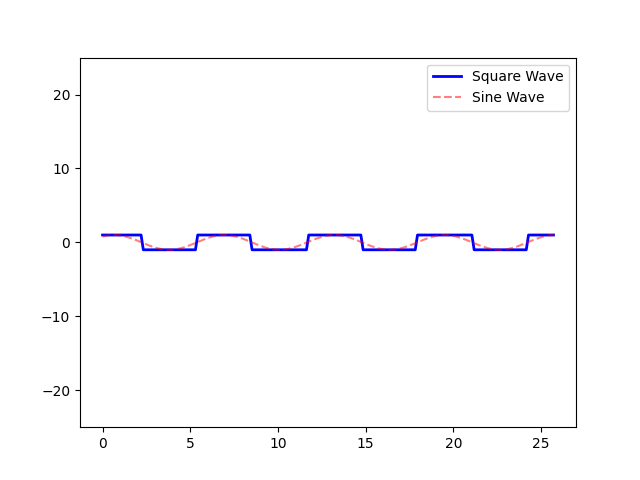
Repository: khulqu15/drone_smc_copppelia
Script's output: python py/realtime.py
An editor plug-in stored every save of this project. The script's output is shown before and after the next save, followed by the edit.
Animations are shown at an early frame. Random numbers start from a fixed seed.

Above is the script's output before, as saved 2024-06-24 00:56:19.

After the next save:
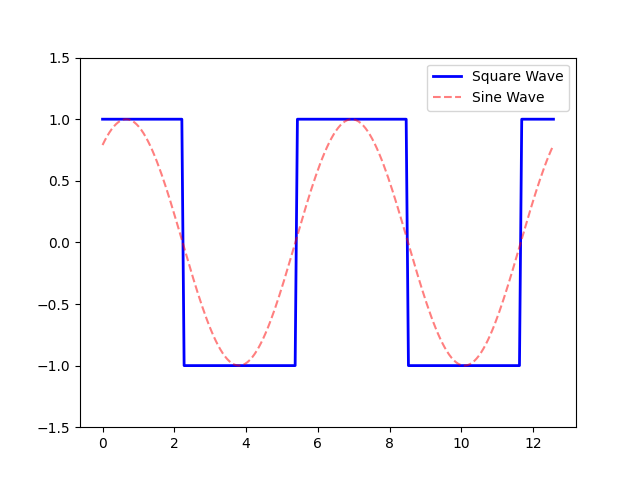
Saved 19 s later.
--- a/py/realtime.py
+++ b/py/realtime.py
@@ -3,10 +3,10 @@ import matplotlib.pyplot as plt
 
 # Initialize parameters and plot
 x_len = 200
-y_range = [-25, 25]
-xs = np.linspace(0, 5 * np.pi + 10, x_len)
-ys = np.sin(xs)
-square_ys = np.sign(ys)
+y_range = [-1.5, 1.5]
+xs = np.linspace(0, 4 * np.pi, x_len)
+ys = np.zeros(xs.shape)  # Start with a zero signal
+square_ys = np.sign(ys)  # This will also start as zero because sin(0) = 0
 
 plt.ion()  # Turn on interactive mode
 fig, ax = plt.subplots()
@@ -19,12 +19,15 @@ ax.legend()
 frame = 0
 try:
     while True:
-        ys = np.sin(xs + frame * np.pi / 100)
-        square_ys = np.sign(ys)
+        # Incrementally update the sine wave
+        ys = np.sin(xs + frame * np.pi / 100)  # Increase phase shift slowly
+        square_ys = np.sign(ys)  # Update the square wave based on the sine wave
 
+        # Update the plot lines
         line.set_ydata(square_ys)
         sine_line.set_ydata(ys)
 
+        # Refresh the plot
         fig.canvas.draw()
         fig.canvas.flush_events()
         plt.pause(0.05)  # Pause for a bit, to control the update rate
